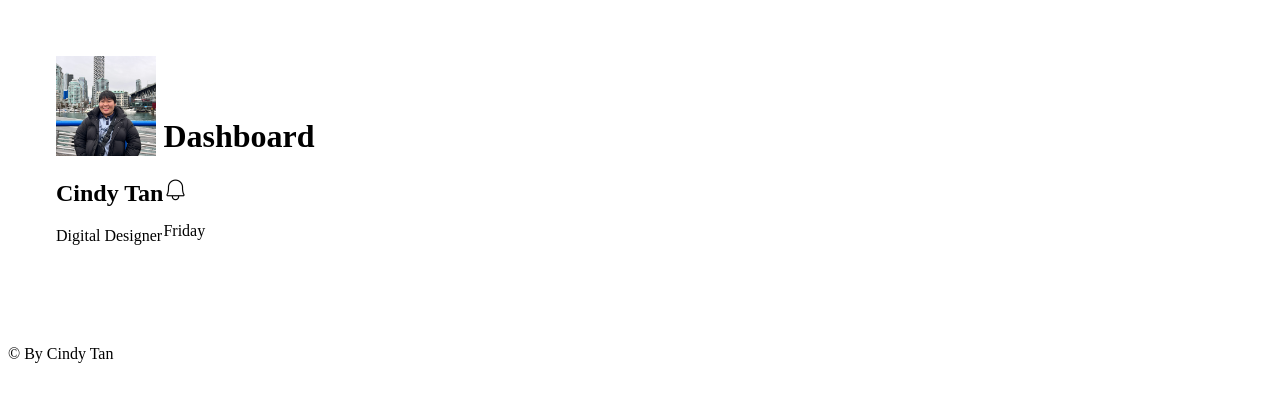
Repository: Cindy-tan/Assessment-_1
Page: /
The author's editor kept a copy of each file at every save. The page is drawn from the files as they stood at one save, then again after the next save.
The browser window is 1280 px wide. The pictures show the whole page.
The project was rebuilt for these pictures with package versions that can differ from the ones it lists, and the page was loaded fresh each time. The framework's server and built-in components were replaced by stand-ins that run in the browser. Also part of the build but not shown: next.config.js, components/Header/Header.module.css, components/Card/Card.module.css, components/Card/index.js, components/Footer/Footer.module.css, components/MenuItem/MenuItem.module.css, components/SideNavigation/SideNavigation.module.css.

Above is the page before, as saved 2024-01-18 23:22:24.

After the next save:
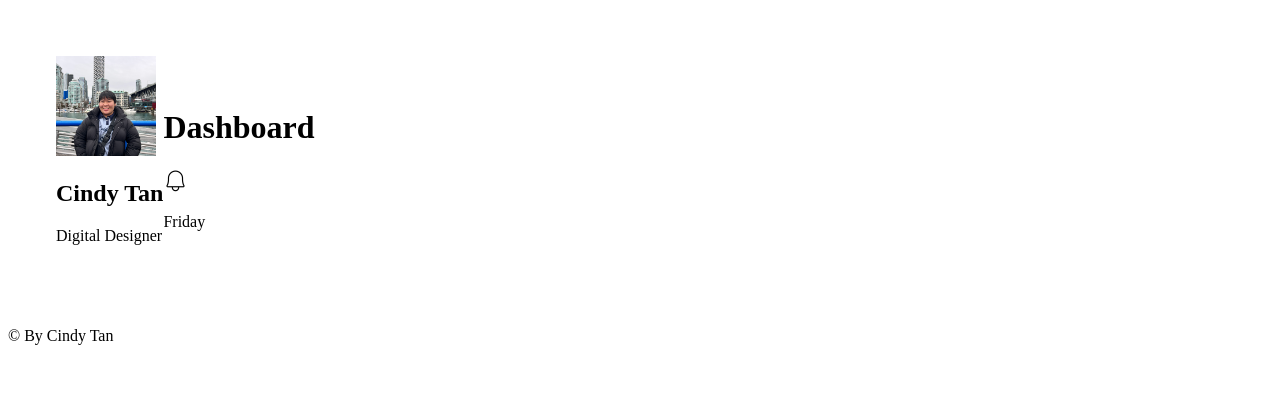
Saved 66 s later.
--- a/components/SideNavigation/index.js
+++ b/components/SideNavigation/index.js
@@ -10,7 +10,7 @@ export default function SideNavigation() {
                 <h2>Cindy Tan</h2>
                 <p>Digital Designer</p>
                 <br/>
-                <MenuItem title="Experiences" bgcolor={"var(--blue)"} textColor={"var(--white)"}/>
+                <MenuItem/>
 
             </div>
         </>
